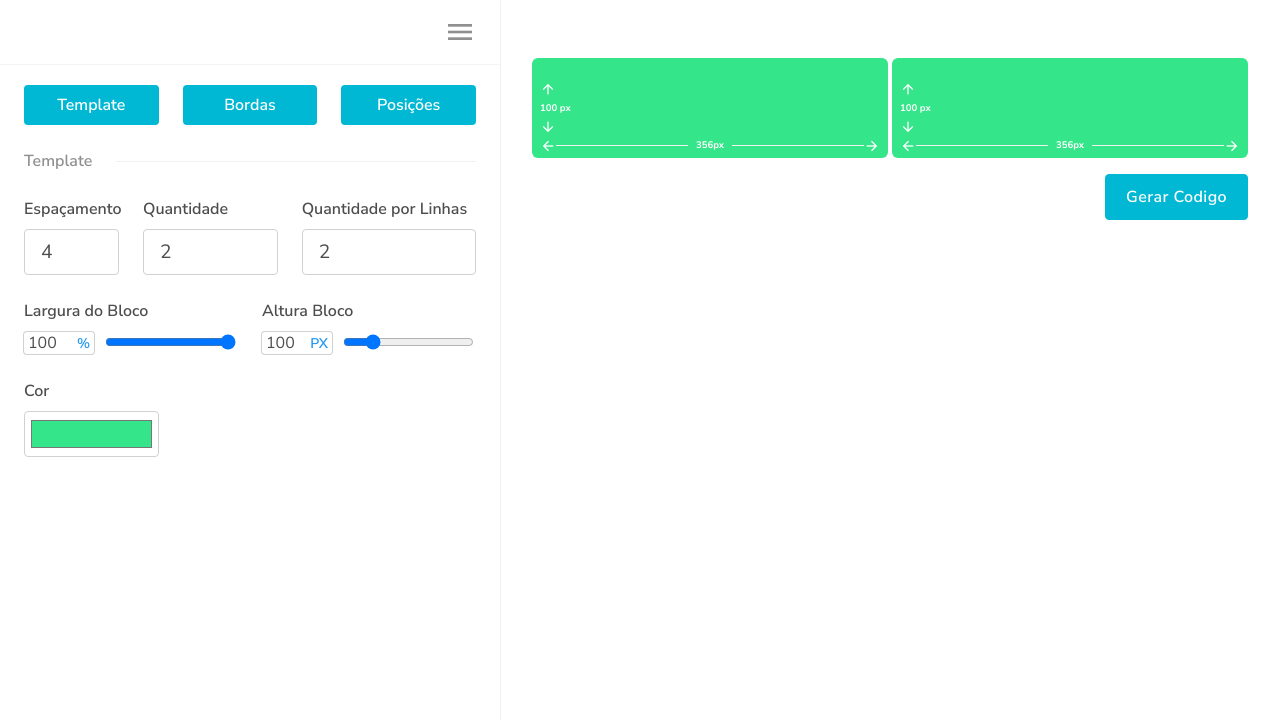
Repository: Flintdl/lowcode-elements
Page: /
The author's editor kept a copy of each file at every save. The page is drawn from the files as they stood at one save, then again after the next save.
The browser window is 1280 px wide. The pictures show the whole page.
The project was rebuilt for these pictures with package versions that can differ from the ones it lists, and the page was loaded fresh each time. Also part of the build but not shown: vue.config.js.

Above is the page before, as saved 2022-04-06 12:14:54.

After the next save:
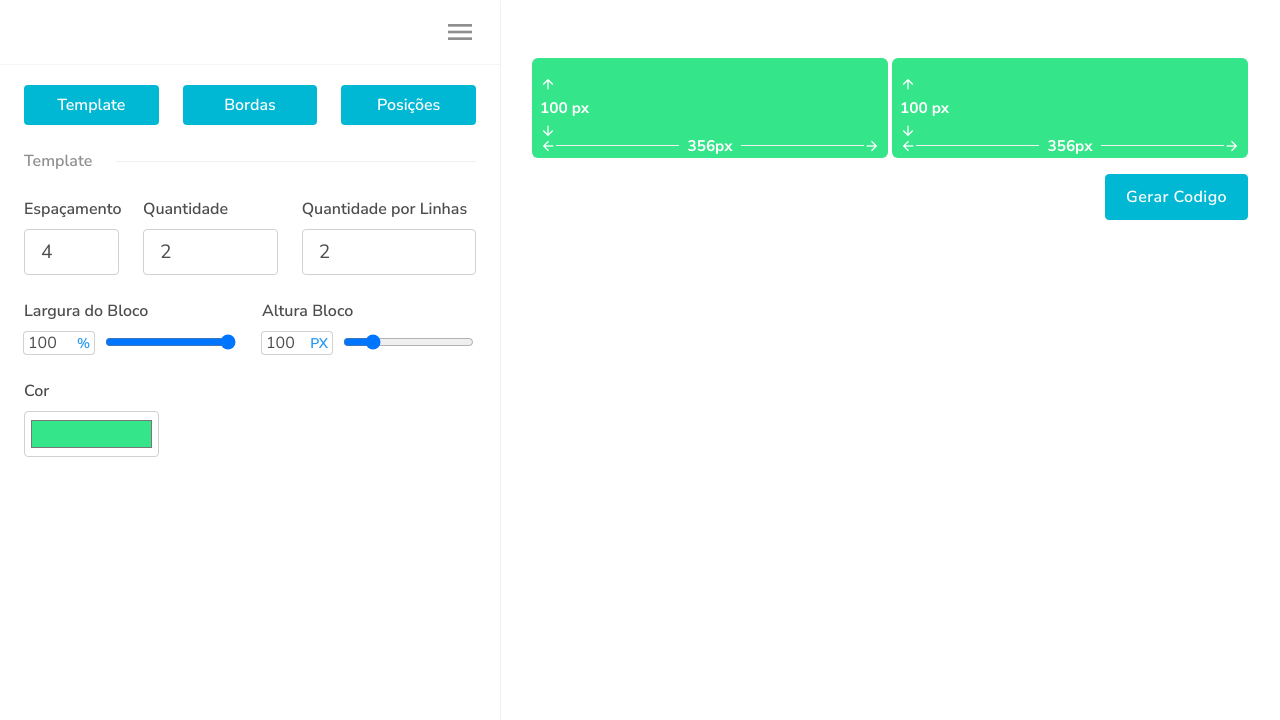
Saved 15 s later.
--- a/src/components/templates/DivGrid.vue
+++ b/src/components/templates/DivGrid.vue
@@ -63,7 +63,7 @@ export default {
 <style lang="scss" scoped>
 .sf-height-position,
 .sf-width-position {
-  font-size: 1ch;
+  font-size: 1.6ch;
 }
 .sf-height-position {
   transform: translateY(-50%);
